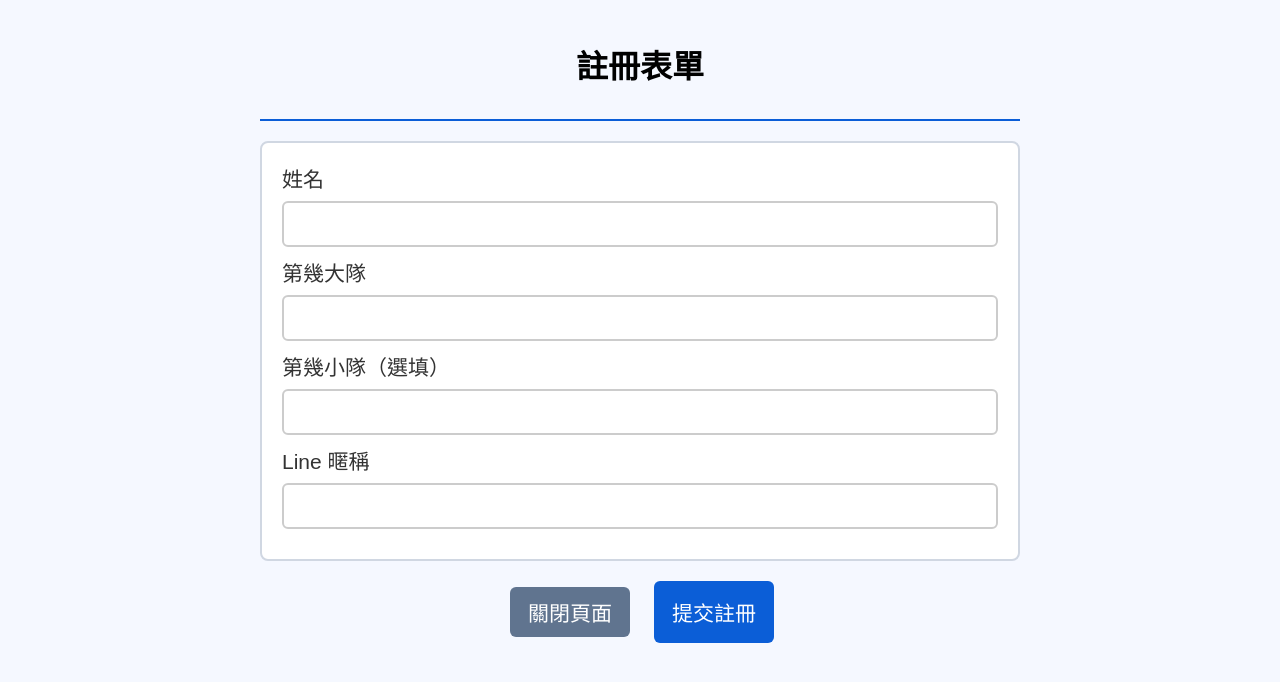
Repository: mommygoose40/register
Page: index.html
An editor plug-in stored every save of this project. The page is shown before and after the next save, followed by the edit.
The browser window is 1280 px wide. The pictures show the whole page.

Above is the page before, as saved 2025-11-11 16:54:34.

After the next save:
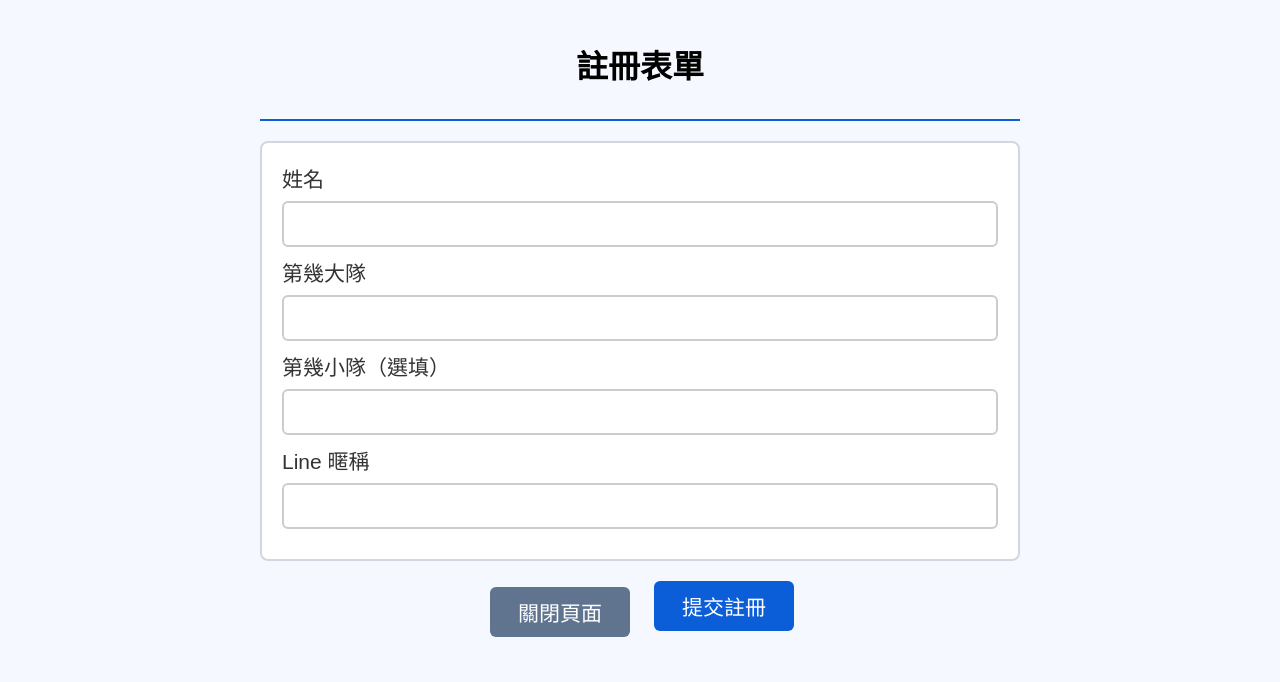
Saved 5 min 27 s later.
--- a/index.html
+++ b/index.html
@@ -66,15 +66,17 @@
       display: inline-flex;
       align-items: center;
       justify-content: center;
-      padding: 10px 18px;         /* 調整為與提交按鈕相同 */
-      margin: 6px 4px;            /* 按鈕外邊距 */
-      background: #60748f;        /* 灰色背景 */
-      color: #fff;                /* 文字顏色 */
-      border: none;               /* 去除邊框 */
-      border-radius: 6px;         /* 圓角設計 */
-      font-size: 21px;            /* 字體大小較小，與其他元素一致 */
+      padding: 12px 24px;        /* 統一的按鈕間距 */
+      margin: 6px 4px;           /* 按鈕外邊距 */
+      background: #60748f;       /* 灰色背景 */
+      color: #fff;               /* 文字顏色 */
+      border: none;              /* 去除邊框 */
+      border-radius: 6px;        /* 圓角設計 */
+      font-size: 21px;           /* 字體大小 */
       cursor: pointer;
-      min-width: 120px;           /* 確保兩個按鈕寬度一致 */
+      min-width: 140px;          /* 確保兩個按鈕寬度一致 */
+      height: 50px;              /* 固定高度 */
+      box-sizing: border-box;    /* 確保padding包含在寬度內 */
     }
 
     .ui-btn:active {
@@ -83,14 +85,19 @@
 
     /* 提交按鈕 */
     .submit-btn {
-      background: #0b5ed7;        /* 藍色背景 */
-      font-size: 21px;            /* 字體大小 */
+      background: #0b5ed7;       /* 藍色背景 */
+      font-size: 21px;           /* 字體大小 */
       color: white;
-      padding: 10px 18px;         /* 合適的按鈕間距 */
+      padding: 12px 24px;        /* 統一的按鈕間距 */
       border-radius: 6px;
       cursor: pointer;
-      border: none;               /* 去除邊框 */
-      min-width: 120px;           /* 確保兩個按鈕寬度一致 */
+      border: none;              /* 去除邊框 */
+      min-width: 140px;          /* 確保兩個按鈕寬度一致 */
+      height: 50px;              /* 固定高度 */
+      box-sizing: border-box;    /* 確保padding包含在寬度內 */
+      display: inline-flex;
+      align-items: center;
+      justify-content: center;
     }
 
     .submit-btn:hover {
@@ -147,7 +154,8 @@
       const team = document.getElementById('team').value;
       const lineName = document.getElementById('lineName').value;
 
-      const url = `https://script.google.com/macros/s/AKfycbzhfDTfRusiKLmzM-y1mc-JrTj3jhd3k17QxInsjl-_P8O1MNzAdgyI9zkbIhBF7bMT/exec?姓名=${encodeURIComponent(name)}&大隊=${encodeURIComponent(division)}&小隊=${encodeURIComponent(team)}&Line%20暱稱=${encodeURIComponent(lineName)}`;
+      // 修正Line暱稱參數名稱，與GAS一致
+      const url = `https://script.google.com/macros/s/AKfycbzhfDTfRusiKLmzM-y1mc-JrTj3jhd3k17QxInsjl-_P8O1MNzAdgyI9zkbIhBF7bMT/exec?姓名=${encodeURIComponent(name)}&大隊=${encodeURIComponent(division)}&小隊=${encodeURIComponent(team)}&Line暱稱=${encodeURIComponent(lineName)}`;
 
       fetch(url)
         .then(response => response.json())
